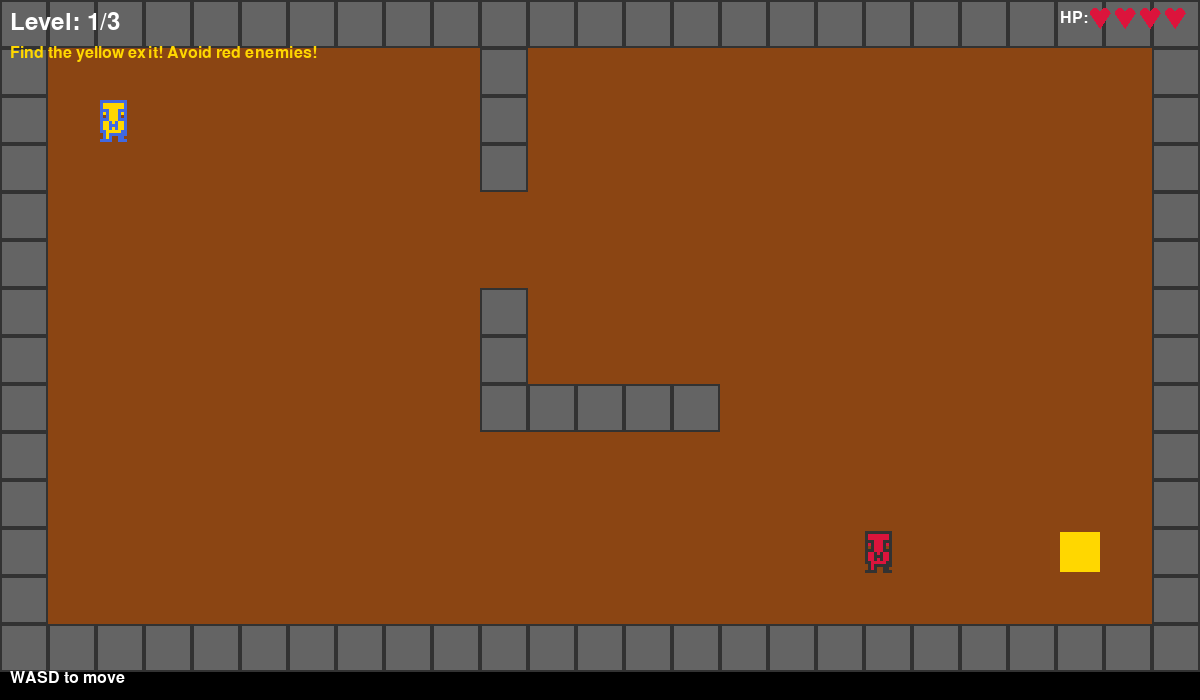
Repository: vjacheslavl/morzhaka_project
Script's output: python game.py
An editor plug-in stored every save of this project. The script's output is shown before and after a run of saves, followed by the edit.
The window is shown after at most 60 frames with no key pressed. Random numbers start from a fixed seed.

Above is the script's output before, as saved 2026-03-01 17:11:48.

### game.py
import pygame
import sys
import heapq

# Initialize Pygame
pygame.init()

# Screen settings
SCREEN_WIDTH = 1200
SCREEN_HEIGHT = 700
TILE_SIZE = 48

# Colors
BLACK = (0, 0, 0)
WHITE = (255, 255, 255)
GREEN = (0, 255, 0)
GRAY = (100, 100, 100)
DARK_GRAY = (50, 50, 50)
BROWN = (139, 69, 19)
YELLOW = (255, 215, 0)
BLUE = (65, 105, 225)
RED = (220, 20, 60)
DARK_RED = (139, 0, 0)

# Player settings
PIXEL_SIZE = 3
PLAYER_SPEED = 3
ENEMY_SPEED = 2.5


def create_player_sprite():
    """Create pixel art character sprite based on hand-drawn design."""
    # 0 = transparent, 1 = blue (outline), 2 = yellow (fill)
    sprite_data = [
        [1, 1, 1, 1, 1, 1, 1, 1, 1],
        [1, 2, 2, 2, 2, 2, 2, 2, 1],
        [1, 2, 2, 2, 2, 2, 2, 2, 1],
        [1, 1, 1, 2, 2, 2, 1, 1, 1],
        [1, 2, 1, 2, 2, 2, 1, 2, 1],
        [1, 0, 1, 2, 2, 2, 1, 0, 1],
        [1, 1, 1, 2, 2, 2, 1, 1, 1],
        [1, 2, 2, 1, 2, 1, 2, 2, 1],
        [1, 2, 2, 1, 1, 1, 2, 2, 1],
        [1, 2, 2, 1, 2, 1, 2, 2, 1],
        [1, 1, 2, 2, 2, 2, 2, 1, 1],
        [0, 1, 2, 1, 1, 1, 1, 1, 1],
        [0, 1, 2, 1, 0, 0, 1, 1, 0],
        [1, 1, 1, 1, 0, 0, 1, 1, 1]
    ]

    width = len(sprite_data[0]) * PIXEL_SIZE
    height = len(sprite_data) * PIXEL_SIZE

    sprite = pygame.Surface((width, height), pygame.SRCALPHA)

    for y, row in enumerate(sprite_data):
        for x, pixel in enumerate(row):
            if pixel == 1:
                color = BLUE
            elif pixel == 2:
                color = YELLOW
            else:
                continue

            pygame.draw.rect(
                sprite, color,
                (x * PIXEL_SIZE, y * PIXEL_SIZE, PIXEL_SIZE, PIXEL_SIZE)
            )

    return sprite


def create_enemy_sprite():
    """Create enemy sprite - same as player but red instead of yellow."""
    sprite_data = [
        [1, 1, 1, 1, 1, 1, 1, 1, 1],
        [1, 2, 2, 2, 2, 2, 2, 2, 1],
        [1, 2, 2, 2, 2, 2, 2, 2, 1],
        [1, 1, 1, 2, 2, 2, 1, 1, 1],
        [1, 2, 1, 2, 2, 2, 1, 2, 1],
        [1, 0, 1, 2, 2, 2, 1, 0, 1],
        [1, 1, 1, 2, 2, 2, 1, 1, 1],
        [1, 2, 2, 1, 2, 1, 2, 2, 1],
        [1, 2, 2, 1, 1, 1, 2, 2, 1],
        [1, 2, 2, 1, 2, 1, 2, 2, 1],
        [1, 1, 2, 2, 2, 2, 2, 1, 1],
        [0, 1, 2, 1, 1, 1, 1, 1, 1],
        [0, 1, 2, 1, 0, 0, 1, 1, 0],
        [1, 1, 1, 1, 0, 0, 1, 1, 1]
    ]

    width = len(sprite_data[0]) * PIXEL_SIZE
    height = len(sprite_data) * PIXEL_SIZE

    sprite = pygame.Surface((width, height), pygame.SRCALPHA)

    for y, row in enumerate(sprite_data):
        for x, pixel in enumerate(row):
            if pixel == 1:
                color = DARK_GRAY
            elif pixel == 2:
                color = RED
            else:
                continue

            pygame.draw.rect(
                sprite, color,
                (x * PIXEL_SIZE, y * PIXEL_SIZE, PIXEL_SIZE, PIXEL_SIZE)
            )

    return sprite


def find_path(start_tile, end_tile, tiles):
    """A* pathfinding algorithm to find path between two tiles."""
    if start_tile == end_tile:
        return [end_tile]

    rows = len(tiles)
    cols = len(tiles[0])

    def heuristic(a, b):
        return abs(a[0] - b[0]) + abs(a[1] - b[1])

    def get_neighbors(pos):
        x, y = pos
        neighbors = []
        for dx, dy in [(0, 1), (0, -1), (1, 0), (-1, 0)]:
            nx, ny = x + dx, y + dy
            if 0 <= nx < cols and 0 <= ny < rows and tiles[ny][nx] == 0:
                neighbors.append((nx, ny))
        return neighbors

    open_set = []
    heapq.heappush(open_set, (0, start_tile))
    came_from = {}
    g_score = {start_tile: 0}
    f_score = {start_tile: heuristic(start_tile, end_tile)}
    open_set_hash = {start_tile}

    while open_set:
        current = heapq.heappop(open_set)[1]
        open_set_hash.discard(current)

        if current == end_tile:
            path = []
            while current in came_from:
                path.append(current)
                current = came_from[current]
            path.reverse()
            return path

        for neighbor in get_neighbors(current):
            tentative_g = g_score[current] + 1

            if neighbor not in g_score or tentative_g < g_score[neighbor]:
                came_from[neighbor] = current
                g_score[neighbor] = tentative_g
                f_score[neighbor] = tentative_g + heuristic(neighbor, end_tile)

                if neighbor not in open_set_hash:
                    heapq.heappush(open_set, (f_score[neighbor], neighbor))
                    open_set_hash.add(neighbor)

    return []


class Enemy:
    def __init__(self, x, y):
        self.x = x
        self.y = y
        self.sprite = create_enemy_sprite()
        self.width = self.sprite.get_width()
        self.height = self.sprite.get_height()
        self.speed = ENEMY_SPEED
        self.path = []
        self.path_update_timer = 0
        self.path_update_interval = 30

    def move_towards_player(self, player, dungeon):
        self.path_update_timer += 1
        if self.path_update_timer >= self.path_update_interval or not self.path:
            self.path_update_timer = 0
            self.update_path(player, dungeon)

        if not self.path:
            return

        target_tile = self.path[0]
        target_x = target_tile[0] * TILE_SIZE + TILE_SIZE // 2 - self.width // 2
        target_y = target_tile[1] * TILE_SIZE + TILE_SIZE // 2 - self.height // 2

        dx = target_x - self.x
        dy = target_y - self.y
        distance = (dx ** 2 + dy ** 2) ** 0.5

        if distance < self.speed:
            self.x = target_x
            self.y = target_y
            self.path.pop(0)
        else:
            dx = dx / distance
            dy = dy / distance

            new_x = self.x + dx * self.speed
            new_y = self.y + dy * self.speed

            if not dungeon.is_wall(new_x, self.y, self.width, self.height):
                self.x = new_x
            if not dungeon.is_wall(self.x, new_y, self.width, self.height):
                self.y = new_y

    def update_path(self, player, dungeon):
        my_tile = (int((self.x + self.width // 2) // TILE_SIZE),
                   int((self.y + self.height // 2) // TILE_SIZE))
        player_tile = (int((player.x + player.width // 2) // TILE_SIZE),
                       int((player.y + player.height // 2) // TILE_SIZE))

        self.path = find_path(my_tile, player_tile, dungeon.tiles)

    def draw(self, screen):
        screen.blit(self.sprite, (self.x, self.y))

    def get_rect(self):
        return pygame.Rect(self.x, self.y, self.width, self.height)

    def collides_with_player(self, player):
        return self.get_rect().colliderect(player.get_rect())


class Player:
    def __init__(self, x, y):
        self.x = x
        self.y = y
        self.sprite = create_player_sprite()
        self.width = self.sprite.get_width()
        self.height = self.sprite.get_height()
        self.speed = PLAYER_SPEED
        self.max_health = 4
        self.health = self.max_health

    def move(self, dx, dy, dungeon):
        new_x = self.x + dx * self.speed
        new_y = self.y + dy * self.speed

        if not dungeon.is_wall(new_x, new_y, self.width, self.height):
            self.x = new_x
            self.y = new_y

    def take_damage(self, amount=1):
        self.health = max(0, self.health - amount)
        return self.health <= 0

    def heal(self, amount=1):
        self.health = min(self.max_health, self.health + amount)

    def draw(self, screen):
        screen.blit(self.sprite, (self.x, self.y))

    def draw_health(self, screen, x, y):
        heart_size = 20
        spacing = 5

        for i in range(self.max_health):
            heart_x = x + i * (heart_size + spacing)
            if i < self.health:
                self.draw_heart(screen, heart_x, y, heart_size, RED)
            else:
                self.draw_heart(screen, heart_x, y, heart_size, DARK_RED)

    def draw_heart(self, screen, x, y, size, color):
        half = size // 2
        quarter = size // 4
        pygame.draw.circle(screen, color, (x + quarter, y + quarter), quarter)
        pygame.draw.circle(screen, color, (x + half + quarter, y + quarter), quarter)
        points = [
            (x, y + quarter),
            (x + half, y + size),
            (x + size, y + quarter)
        ]
        pygame.draw.polygon(screen, color, points)

    def get_rect(self):
        return pygame.Rect(self.x, self.y, self.width, self.height)


class Dungeon:
    def __init__(self, level_data, level_num):
        self.level_num = level_num
        self.tiles = level_data['tiles']
        self.width = len(self.tiles[0])
        self.height = len(self.tiles)
        self.spawn_point = level_data['spawn']
        self.exit_point = level_data['exit']

    def is_wall(self, x, y, width, height):
        corners = [
            (x, y),
            (x + width - 1, y),
            (x, y + height - 1),
            (x + width - 1, y + height - 1)
        ]

        for cx, cy in corners:
            tile_x = int(cx // TILE_SIZE)
            tile_y = int(cy // TILE_SIZE)

            if tile_x < 0 or tile_x >= self.width or tile_y < 0 or tile_y >= self.height:
                return True

            if self.tiles[tile_y][tile_x] == 1:
                return True

        return False

    def check_exit(self, player):
        player_rect = player.get_rect()
        exit_rect = pygame.Rect(
            self.exit_point[0] * TILE_SIZE + TILE_SIZE // 4,
            self.exit_point[1] * TILE_SIZE + TILE_SIZE // 4,
            TILE_SIZE // 2,
            TILE_SIZE // 2
        )
        return player_rect.colliderect(exit_rect)

    def draw(self, screen):
        for y, row in enumerate(self.tiles):
            for x, tile in enumerate(row):
                rect = pygame.Rect(x * TILE_SIZE, y * TILE_SIZE, TILE_SIZE, TILE_SIZE)

                if tile == 1:
                    pygame.draw.rect(screen, GRAY, rect)
                    pygame.draw.rect(screen, DARK_GRAY, rect, 2)
                else:
                    pygame.draw.rect(screen, BROWN, rect)

        exit_rect = pygame.Rect(
            self.exit_point[0] * TILE_SIZE + 4,
            self.exit_point[1] * TILE_SIZE + 4,
            TILE_SIZE - 8,
            TILE_SIZE - 8
        )
        pygame.draw.rect(screen, YELLOW, exit_rect)


def create_levels():
    levels = []

    # Level 1 - Simple introduction
    level1 = {
        'tiles': [
            [1, 1, 1, 1, 1, 1, 1, 1, 1, 1, 1, 1, 1, 1, 1, 1, 1, 1, 1, 1, 1, 1, 1, 1, 1],
            [1, 0, 0, 0, 0, 0, 0, 0, 0, 0, 1, 0, 0, 0, 0, 0, 0, 0, 0, 0, 0, 0, 0, 0, 1],
            [1, 0, 0, 0, 0, 0, 0, 0, 0, 0, 1, 0, 0, 0, 0, 0, 0, 0, 0, 0, 0, 0, 0, 0, 1],
            [1, 0, 0, 0, 0, 0, 0, 0, 0, 0, 1, 0, 0, 0, 0, 0, 0, 0, 0, 0, 0, 0, 0, 0, 1],
            [1, 0, 0, 0, 0, 0, 0, 0, 0, 0, 0, 0, 0, 0, 0, 0, 0, 0, 0, 0, 0, 0, 0, 0, 1],
            [1, 0, 0, 0, 0, 0, 0, 0, 0, 0, 0, 0, 0, 0, 0, 0, 0, 0, 0, 0, 0, 0, 0, 0, 1],
            [1, 0, 0, 0, 0, 0, 0, 0, 0, 0, 1, 0, 0, 0, 0, 0, 0, 0, 0, 0, 0, 0, 0, 0, 1],
            [1, 0, 0, 0, 0, 0, 0, 0, 0, 0, 1, 0, 0, 0, 0, 0, 0, 0, 0, 0, 0, 0, 0, 0, 1],
            [1, 0, 0, 0, 0, 0, 0, 0, 0, 0, 1, 1, 1, 1, 1, 0, 0, 0, 0, 0, 0, 0, 0, 0, 1],
            [1, 0, 0, 0, 0, 0, 0, 0, 0, 0, 0, 0, 0, 0, 0, 0, 0, 0, 0, 0, 0, 0, 0, 0, 1],
            [1, 0, 0, 0, 0, 0, 0, 0, 0, 0, 0, 0, 0, 0, 0, 0, 0, 0, 0, 0, 0, 0, 0, 0, 1],
            [1, 0, 0, 0, 0, 0, 0, 0, 0, 0, 0, 0, 0, 0, 0, 0, 0, 0, 0, 0, 0, 0, 0, 0, 1],
            [1, 0, 0, 0, 0, 0, 0, 0, 0, 0, 0, 0, 0, 0, 0, 0, 0, 0, 0, 0, 0, 0, 0, 0, 1],
            [1, 1, 1, 1, 1, 1, 1, 1, 1, 1, 1, 1, 1, 1, 1, 1, 1, 1, 1, 1, 1, 1, 1, 1, 1],
        ],
        'spawn': (2, 2),
        'exit': (22, 11),
        'enemy_count': 1
    }
    levels.append(level1)

    # Level 2 - Maze-like
    level2 = {
        'tiles': [
            [1, 1, 1, 1, 1, 1, 1, 1, 1, 1, 1, 1, 1, 1, 1, 1, 1, 1, 1, 1, 1, 1, 1, 1, 1],
            [1, 0, 0, 0, 1, 0, 0, 0, 0, 0, 0, 0, 1, 0, 0, 0, 0, 0, 0, 0, 0, 0, 0, 0, 1],
            [1, 0, 1, 0, 1, 0, 1, 1, 1, 1, 1, 0, 1, 0, 1, 1, 1, 1, 1, 1, 1, 1, 1, 0, 1],
            [1, 0, 1, 0, 0, 0, 0, 0, 0, 0, 1, 0, 1, 0, 0, 0, 0, 0, 0, 0, 0, 0, 0, 0, 1],
            [1, 0, 1, 1, 1, 1, 1, 1, 1, 0, 1, 0, 1, 1, 1, 1, 1, 1, 1, 1, 1, 1, 1, 0, 1],
            [1, 0, 0, 0, 0, 0, 0, 0, 0, 0, 1, 0, 0, 0, 0, 0, 0, 0, 0, 0, 0, 0, 0, 0, 1],
            [1, 1, 1, 1, 1, 1, 1, 1, 1, 0, 1, 0, 1, 1, 1, 1, 1, 1, 1, 0, 1, 1, 1, 1, 1],
            [1, 0, 0, 0, 0, 0, 0, 0, 0, 0, 0, 0, 0, 0, 0, 0, 0, 0, 1, 0, 0, 0, 0, 0, 1],
            [1, 0, 1, 1, 1, 1, 1, 1, 1, 1, 1, 1, 1, 1, 1, 1, 1, 0, 1, 0, 1, 1, 1, 0, 1],
            [1, 0, 0, 0, 0, 0, 0, 0, 0, 0, 0, 0, 0, 0, 0, 0, 1, 0, 0, 0, 1, 0, 0, 0, 1],
            [1, 1, 1, 1, 1, 1, 1, 1, 1, 1, 1, 1, 1, 1, 1, 0, 1, 1, 1, 1, 1, 0, 1, 1, 1],
            [1, 0, 0, 0, 0, 0, 0, 0, 0, 0, 0, 0, 0, 0, 0, 0, 0, 0, 0, 0, 0, 0, 0, 0, 1],
            [1, 0, 0, 0, 0, 0, 0, 0, 0, 0, 0, 0, 0, 0, 0, 0, 0, 0, 0, 0, 0, 0, 0, 0, 1],
            [1, 1, 1, 1, 1, 1, 1, 1, 1, 1, 1, 1, 1, 1, 1, 1, 1, 1, 1, 1, 1, 1, 1, 1, 1],
        ],
        'spawn': (1, 1),
        'exit': (23, 11),
        'enemy_count': 2
    }
    levels.append(level2)

    # Level 3 - Complex dungeon
    level3 = {
        'tiles': [
            [1, 1, 1, 1, 1, 1, 1, 1, 1, 1, 1, 1, 1, 1, 1, 1, 1, 1, 1, 1, 1, 1, 1, 1, 1],
            [1, 0, 0, 0, 0, 0, 1, 0, 0, 0, 0, 0, 0, 0, 0, 0, 1, 0, 0, 0, 0, 0, 0, 0, 1],
            [1, 0, 1, 1, 1, 0, 1, 0, 1, 1, 1, 1, 1, 1, 1, 0, 1, 0, 1, 1, 1, 1, 1, 0, 1],
            [1, 0, 1, 0, 0, 0, 1, 0, 0, 0, 0, 0, 0, 0, 0, 0, 1, 0, 0, 0, 0, 0, 1, 0, 1],
            [1, 0, 1, 0, 1, 1, 1, 1, 1, 1, 1, 0, 1, 1, 1, 1, 1, 1, 1, 1, 1, 0, 1, 0, 1],
            [1, 0, 0, 0, 0, 0, 0, 0, 0, 0, 0, 0, 0, 0, 0, 0, 0, 0, 0, 0, 0, 0, 1, 0, 1],
            [1, 1, 1, 1, 1, 0, 1, 1, 1, 1, 1, 0, 1, 1, 1, 1, 1, 1, 1, 1, 1, 0, 1, 0, 1],
            [1, 0, 0, 0, 0, 0, 1, 0, 0, 0, 0, 0, 0, 0, 0, 0, 0, 0, 0, 0, 1, 0, 0, 0, 1],
            [1, 0, 1, 1, 1, 1, 1, 0, 1, 1, 1, 1, 1, 1, 1, 1, 1, 1, 1, 0, 1, 1, 1, 0, 1],
            [1, 0, 0, 0, 0, 0, 0, 0, 1, 0, 0, 0, 0, 0, 0, 0, 0, 0, 0, 0, 0, 0, 0, 0, 1],
            [1, 1, 1, 1, 1, 1, 1, 0, 1, 0, 1, 1, 1, 1, 1, 1, 1, 1, 1, 1, 1, 1, 1, 0, 1],
            [1, 0, 0, 0, 0, 0, 0, 0, 0, 0, 0, 0, 0, 0, 0, 0, 0, 0, 0, 0, 0, 0, 0, 0, 1],
            [1, 0, 0, 0, 0, 0, 0, 0, 0, 0, 0, 0, 0, 0, 0, 0, 0, 0, 0, 0, 0, 0, 0, 0, 1],
            [1, 1, 1, 1, 1, 1, 1, 1, 1, 1, 1, 1, 1, 1, 1, 1, 1, 1, 1, 1, 1, 1, 1, 1, 1],
        ],
        'spawn': (1, 1),
        'exit': (23, 11),
        'enemy_count': 4
    }
    levels.append(level3)

    return levels


class Game:
    def __init__(self):
        self.screen = pygame.display.set_mode((SCREEN_WIDTH, SCREEN_HEIGHT))
        pygame.display.set_caption("Dungeon Crawler")
        self.clock = pygame.time.Clock()
        self.font = pygame.font.Font(None, 36)
        self.small_font = pygame.font.Font(None, 24)

        self.levels = create_levels()
        self.current_level = 0
        self.dungeon = Dungeon(self.levels[self.current_level], self.current_level + 1)

        spawn = self.dungeon.spawn_point
        self.player = Player(
            spawn[0] * TILE_SIZE + 4,
            spawn[1] * TILE_SIZE + 4
        )

        self.enemies = []
        self.spawn_enemies()
        self.damage_cooldown = 0

        self.game_won = False
        self.game_over = False
        self.running = True

    def spawn_enemies(self):
        self.enemies = []
        level_data = self.levels[self.current_level]
        enemy_count = level_data.get('enemy_count', 0)
        exit_pos = level_data['exit']
        tiles = level_data['tiles']

        offsets = [
            (-1, 0), (1, 0), (0, -1), (0, 1),
            (-1, -1), (1, -1), (-1, 1), (1, 1),
            (-2, 0), (2, 0), (0, -2), (0, 2),
            (-2, -1), (2, -1), (-2, 1), (2, 1)
        ]

        spawned = 0
        for offset in offsets:
            if spawned >= enemy_count:
                break

            tile_x = exit_pos[0] + offset[0]
            tile_y = exit_pos[1] + offset[1]

            if 0 <= tile_y < len(tiles) and 0 <= tile_x < len(tiles[0]):
                if tiles[tile_y][tile_x] == 0:
                    enemy_x = tile_x * TILE_SIZE + 4
                    enemy_y = tile_y * TILE_SIZE + 4
                    self.enemies.append(Enemy(enemy_x, enemy_y))
                    spawned += 1

    def next_level(self):
        self.current_level += 1

        if self.current_level >= len(self.levels):
            self.game_won = True
            return

        self.dungeon = Dungeon(self.levels[self.current_level], self.current_level + 1)
        spawn = self.dungeon.spawn_point
        self.player.x = spawn[0] * TILE_SIZE + 4
        self.player.y = spawn[1] * TILE_SIZE + 4
        self.spawn_enemies()
        self.damage_cooldown = 0

    def handle_input(self):
        keys = pygame.key.get_pressed()

        dx, dy = 0, 0

        if keys[pygame.K_w]:
            dy = -1
        if keys[pygame.K_s]:
            dy = 1
        if keys[pygame.K_a]:
            dx = -1
        if keys[pygame.K_d]:
            dx = 1

        if dx != 0 or dy != 0:
            self.player.move(dx, dy, self.dungeon)

    def update(self):
        if self.game_won or self.game_over:
            return

        for enemy in self.enemies:
            enemy.move_towards_player(self.player, self.dungeon)

        if self.damage_cooldown > 0:
            self.damage_cooldown -= 1
        else:
            for enemy in self.enemies:
                if enemy.collides_with_player(self.player):
                    if self.player.take_damage():
                        self.game_over = True
                    self.damage_cooldown = 60
                    break

        if self.dungeon.check_exit(self.player):
            self.next_level()

    def draw(self):
        self.screen.fill(BLACK)

        if self.game_won:
            win_text = self.font.render("Congratulations! You escaped the dungeon!", True, GREEN)
            restart_text = self.small_font.render("Press R to restart or ESC to quit", True, WHITE)
            self.screen.blit(win_text, (SCREEN_WIDTH // 2 - win_text.get_width() // 2, SCREEN_HEIGHT // 2 - 20))
            self.screen.blit(restart_text, (SCREEN_WIDTH // 2 - restart_text.get_width() // 2, SCREEN_HEIGHT // 2 + 20))
        elif self.game_over:
            over_text = self.font.render("GAME OVER", True, RED)
            restart_text = self.small_font.render("Press R to restart or ESC to quit", True, WHITE)
            self.screen.blit(over_text, (SCREEN_WIDTH // 2 - over_text.get_width() // 2, SCREEN_HEIGHT // 2 - 20))
            self.screen.blit(restart_text, (SCREEN_WIDTH // 2 - restart_text.get_width() // 2, SCREEN_HEIGHT // 2 + 20))
        else:
            self.dungeon.draw(self.screen)
            self.player.draw(self.screen)

            for enemy in self.enemies:
                enemy.draw(self.screen)

            level_text = self.font.render(f"Level: {self.current_level + 1}/{len(self.levels)}", True, WHITE)
            self.screen.blit(level_text, (10, 10))

            health_label = self.small_font.render("HP:", True, WHITE)
            self.screen.blit(health_label, (SCREEN_WIDTH - 140, 10))
            self.player.draw_health(self.screen, SCREEN_WIDTH - 110, 8)

            hint_text = self.small_font.render("Find the yellow exit! Avoid red enemies!", True, YELLOW)
            self.screen.blit(hint_text, (10, 45))

            controls_text = self.small_font.render("WASD to move", True, WHITE)
            self.screen.blit(controls_text, (10, SCREEN_HEIGHT - 30))

        pygame.display.flip()

    def run(self):
        while self.running:
            for event in pygame.event.get():
                if event.type == pygame.QUIT:
                    self.running = False
                elif event.type == pygame.KEYDOWN:
                    if event.key == pygame.K_ESCAPE:
                        self.running = False
                    elif event.key == pygame.K_r and (self.game_won or self.game_over):
                        self.current_level = 0
                        self.dungeon = Dungeon(self.levels[self.current_level], self.current_level + 1)
                        spawn = self.dungeon.spawn_point
                        self.player.x = spawn[0] * TILE_SIZE + 4
                        self.player.y = spawn[1] * TILE_SIZE + 4
                        self.player.health = self.player.max_health
                        self.spawn_enemies()
                        self.damage_cooldown = 0
                        self.game_won = False
                        self.game_over = False

            self.handle_input()
            self.update()
            self.draw()

            self.clock.tick(60)

        pygame.quit()
        sys.exit()


if __name__ == "__main__":
    game = Game()
    game.run()

After the next 3 saves:
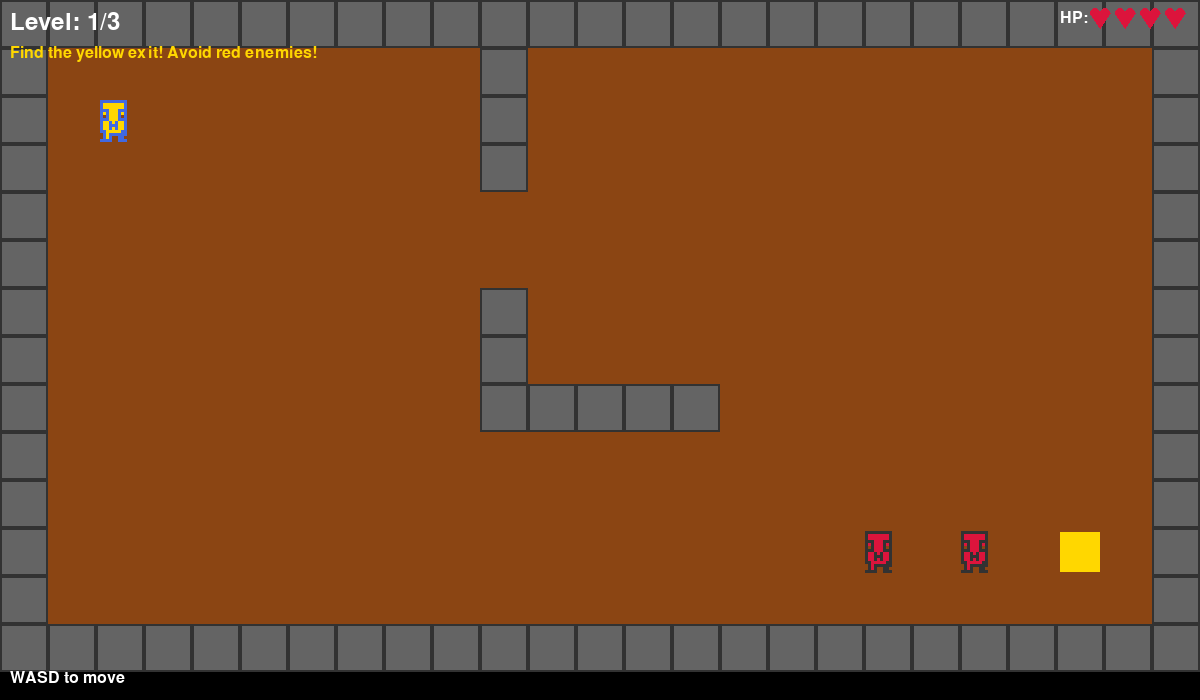
The 3 saves are shown as one change because they came seconds apart.
The last was saved 112 s later.
--- a/game.py
+++ b/game.py
@@ -366,7 +366,7 @@ def create_levels():
         ],
         'spawn': (2, 2),
         'exit': (22, 11),
-        'enemy_count': 1
+        'enemy_count': 2
     }
     levels.append(level1)
 
@@ -390,7 +390,7 @@ def create_levels():
         ],
         'spawn': (1, 1),
         'exit': (23, 11),
-        'enemy_count': 2
+        'enemy_count': 3
     }
     levels.append(level2)
 
@@ -414,7 +414,7 @@ def create_levels():
         ],
         'spawn': (1, 1),
         'exit': (23, 11),
-        'enemy_count': 4
+        'enemy_count': 6
     }
     levels.append(level3)
 
